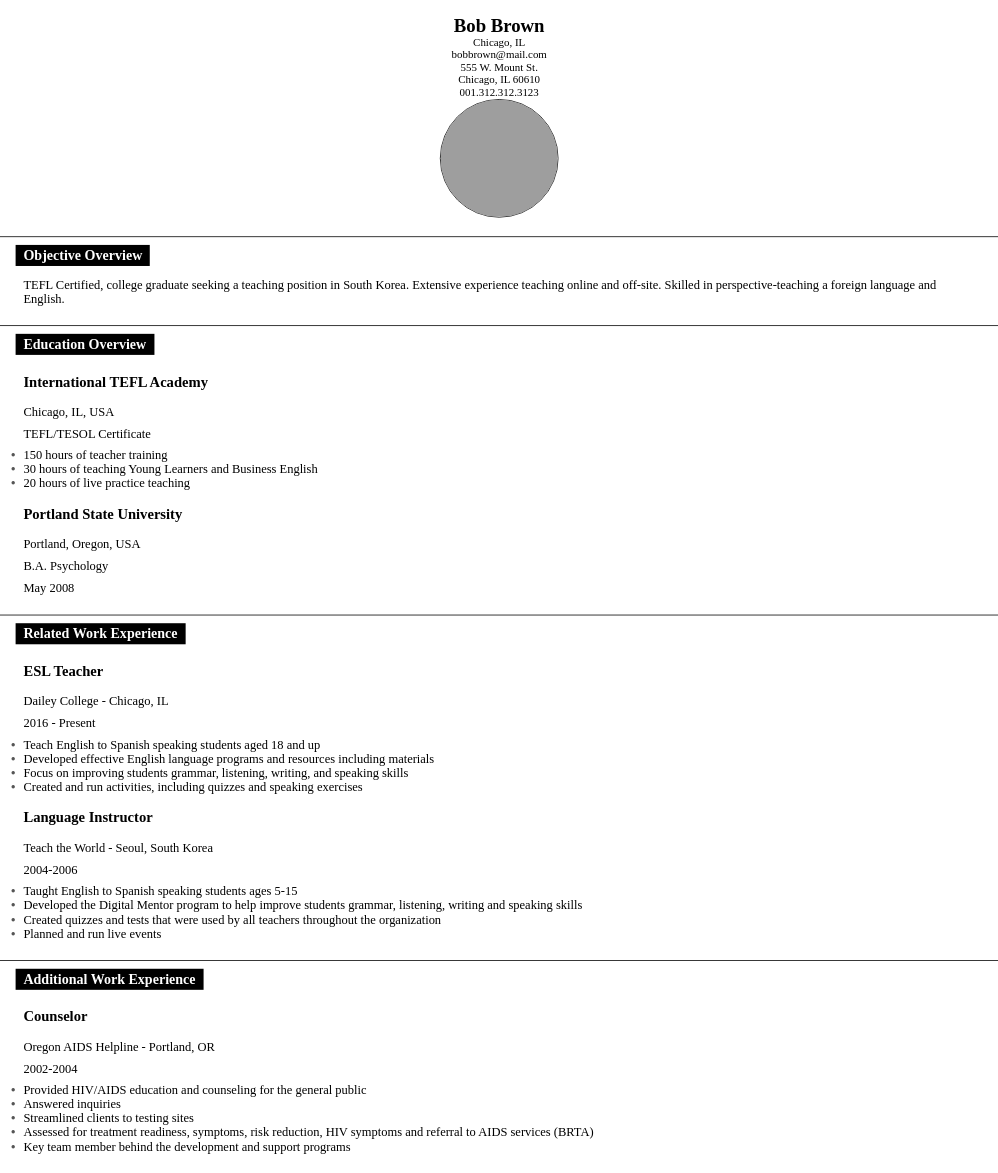
Repository: Gibekkk/WebPro
Page: Tugas Lab 1 (2)/index.html
These files come from the project's save history. The page is drawn as it stood at one moment and after the next save; the edit follows.
The browser window is 1280 px wide. The pictures show the whole page, at 78% of full size.
Pictures or frames that could not be fetched are drawn as grey boxes.

Above is the page before, as saved 2024-03-25 13:15:17.

### Tugas Lab 1 (2)/index.html
<!DOCTYPE html>
<html lang="en">
<head>
<meta charset="UTF-8">
<meta name="viewport" content="width=device-width, initial-scale=1.0">
<title>Resume</title>
<style>
  body {
    font-family: 'Times New Roman', serif;
    margin: 0;
    padding: 0;
    background-color: #ffffff;
  }
  .resume {
    width: 100%;
    margin: 0 auto;
    background-color: #ffffff;
    padding: 0;
    box-shadow: none;
  }
  .header {
    display: block;
    text-align: center;
    padding: 20px;
  }
  .header img {
    width: 150px;
    height: 150px;
    border-radius: 50%;
    border: 1px solid #000;
  }
  .header h1 {
    margin: 0;
    font-size: 24px;
  }
  .header p {
    margin: 0;
    font-size: 14px;
  }
  .section {
    border-top: 1px solid #000;
    padding: 10px 20px;
  }
  .section-title {
    background-color: #000;
    color: white;
    padding: 3px 10px;
    margin: 0;
    font-size: 18px;
    display: inline-block;
  }
  .section-content {
    padding: 5px 10px;
  }
  .section-content p, .section-content ul {
    margin: 10px 0;
  }
  .section-content ul {
    list-style-type: none;
    padding: 0;
  }
  .section-content ul li:before {
    content: "•";
    color: #555;
    font-weight: bold;
    display: inline-block;
    width: 1em;
    margin-left: -1em;
  }
</style>
</head>
<body>
<div class="resume">
  <div class="header">
    <div>
      <h1>Bob Brown</h1>
      <p>Chicago, IL</p>
      <p>bobbrown@mail.com</p>
      <p>555 W. Mount St.</p>
      <p>Chicago, IL 60610</p>
      <p>001.312.312.3123</p>
    </div>
    <div class="contact-info">
      <img src="path_to_image.jpg" alt="Bob Brown">
    </div>
  </div>
  <div class="section">
    <h2 class="section-title">Objective Overview</h2>
    <div class="section-content">
      <p>TEFL Certified, college graduate seeking a teaching position in South Korea. Extensive experience teaching online and off-site. Skilled in perspective-teaching a foreign language and English.</p>
    </div>
  </div>
  <div class="section">
    <h2 class="section-title">Education Overview</h2>
    <div class="section-content">
      <h3>International TEFL Academy</h3>
      <p>Chicago, IL, USA</p>
      <p>TEFL/TESOL Certificate</p>
      <ul>
        <li>150 hours of teacher training</li>
        <li>30 hours of teaching Young Learners and Business English</li>
        <li>20 hours of live practice teaching</li>
      </ul>
      <h3>Portland State University</h3>
      <p>Portland, Oregon, USA</p>
      <p>B.A. Psychology</p>
      <p>May 2008</p>
    </div>
  </div>
  <div class="section">
    <h2 class="section-title">Related Work Experience</h2>
    <div class="section-content">
      <h3>ESL Teacher</h3>
      <p>Dailey College - Chicago, IL</p>
      <p>2016 - Present</p>
      <ul>
        <li>Teach English to Spanish speaking students aged 18 and up</li>
        <li>Developed effective English language programs and resources including materials</li>
        <li>Focus on improving students grammar, listening, writing, and speaking skills</li>
        <li>Created and run activities, including quizzes and speaking exercises</li>
      </ul>
      <h3>Language Instructor</h3>
      <p>Teach the World - Seoul, South Korea</p>
      <p>2004-2006</p>
      <ul>
        <li>Taught English to Spanish speaking students ages 5-15</li>
        <li>Developed the Digital Mentor program to help improve students grammar, listening, writing and speaking skills</li>
        <li>Created quizzes and tests that were used by all teachers throughout the organization</li>
        <li>Planned and run live events</li>
      </ul>
    </div>
  </div>
  <div class="section">
    <h2 class="section-title">Additional Work Experience</h2>
    <div class="section-content">
      <h3>Counselor</h3>
      <p>Oregon AIDS Helpline - Portland, OR</p>
      <p>2002-2004</p>
      <ul>
        <li>Provided HIV/AIDS education and counseling for the general public</li>
        <li>Answered inquiries</li>
        <li>Streamlined clients to testing sites</li>
        <li>Assessed for treatment readiness, symptoms, risk reduction, HIV symptoms and referral to AIDS services (BRTA)</li>
        <li>Key team member behind the development and support programs</li>
      </ul>
    </div>
  </div>
</div>
</body>
</html>

After the next save:
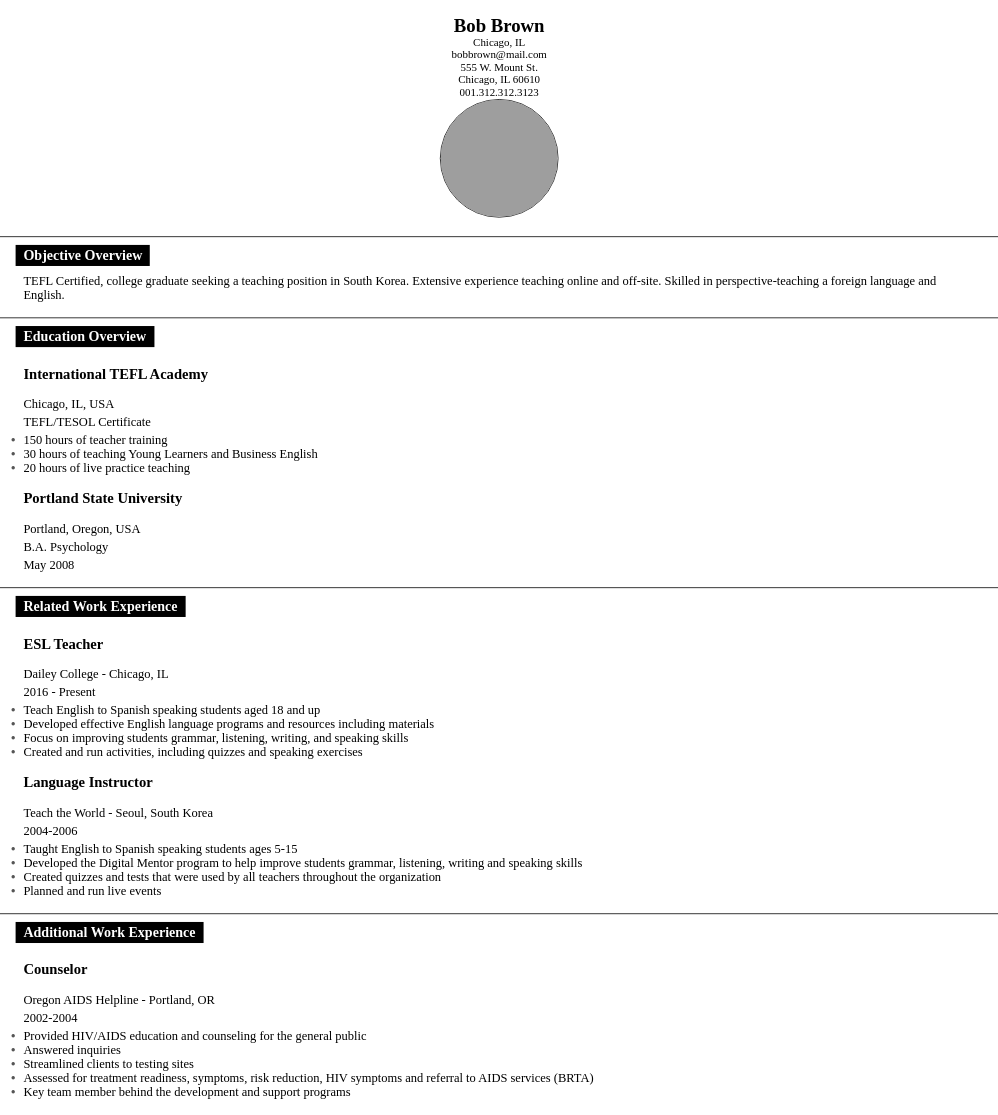
Saved 2 s later.
--- a/Tugas Lab 1 (2)/index.html
+++ b/Tugas Lab 1 (2)/index.html
@@ -53,9 +53,10 @@
     padding: 5px 10px;
   }
   .section-content p, .section-content ul {
-    margin: 10px 0;
+    margin: 5px 0;
   }
   .section-content ul {
+    list-style-type: disc;
     list-style-type: none;
     padding: 0;
   }
